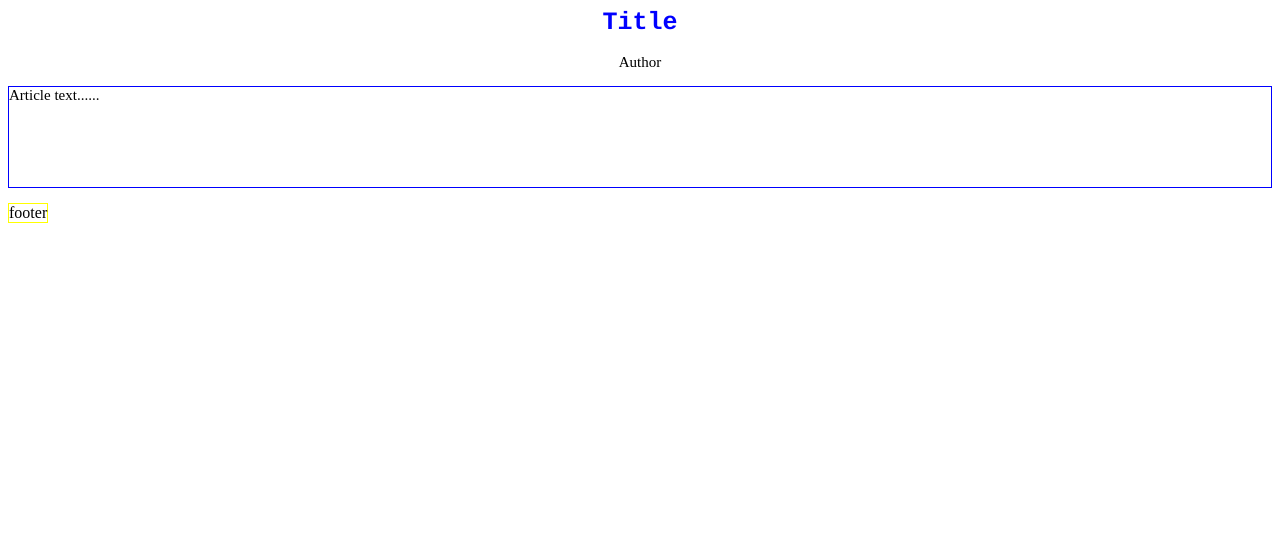
Repository: shahdhavalin/product-school
Page: index.html
The author's editor kept a record of every edit. The page is drawn from the files as they stood at one moment, then again after the next edit.
The browser window is 1280 px wide. The pictures show the whole page.

Above is the page before.

After the next edit:
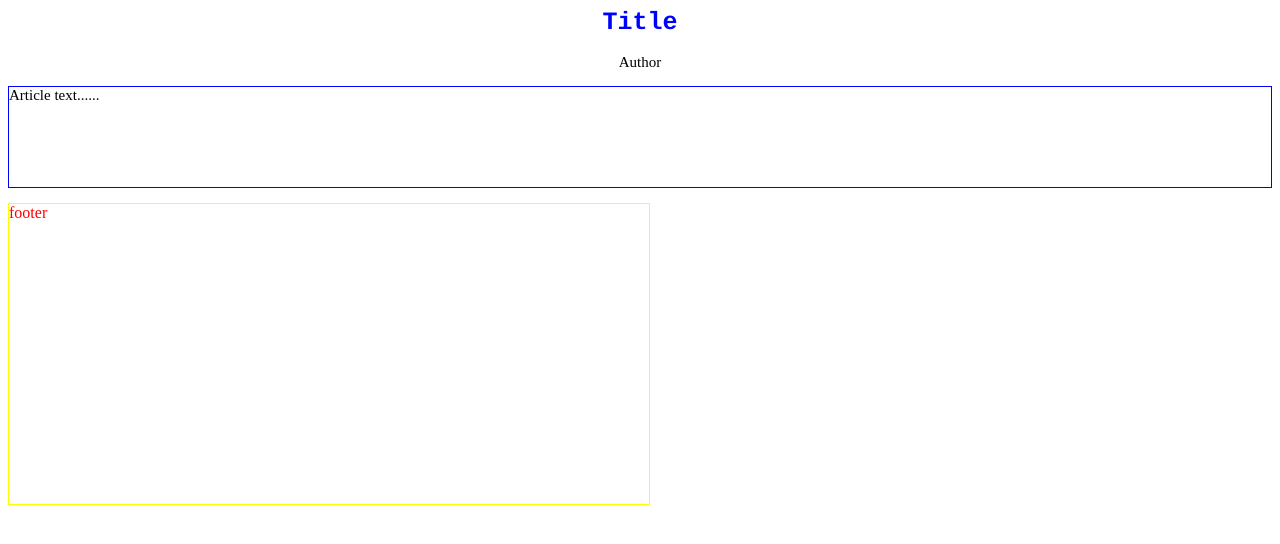
The edit:
--- a/index.html
+++ b/index.html
@@ -16,9 +16,9 @@
             .footer{
                 display: inline-block;
                 border: 1px solid yellow;
-                border-width: 1px;
-                height: 300px
+                height: 300px;
                 width: 640px;
+                color: red;
             }
 
         </style>
